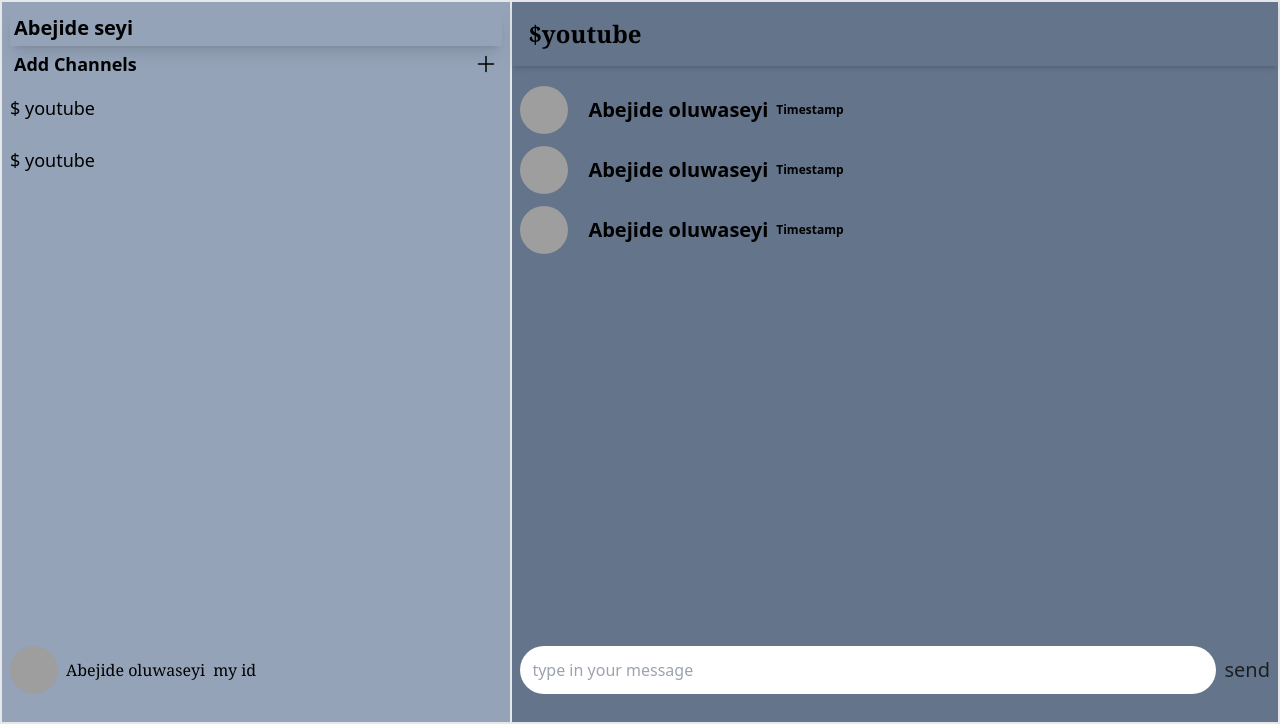
Repository: Semanmernstack/chat-mini
Page: /
The author's editor kept a copy of each file at every save. The page is drawn from the files as they stood at one save, then again after the next save.
The browser window is 1280 px wide. The pictures show the whole page.
Pictures or frames that could not be fetched are drawn as grey boxes. The project was rebuilt for these pictures with package versions that can differ from the ones it lists, and the page was loaded fresh each time. Also part of the build but not shown: src/features/counter/Counter.module.css, src/features/counter/Counter.js.

Above is the page before, as saved 2022-11-14 08:35:25.

### src/App.js
import React from 'react';
import logo from './logo.svg';
import { Counter } from './features/counter/Counter';
import Sidebar from './Sidebar';
import Body from './Body';


function App() {
  return (

    <div className="flex     max-w-screen-xl mx-auto border-2">


      <div className=" flex-[0.4] h-screen ">
        <Sidebar/>
      </div>
      <div className=" flex-[0.6] h-screen">
        <Body/>
      </div>
    </div>
  );
}

export default App;

### src/features/counter/counterSlice.js
import { createAsyncThunk, createSlice } from '@reduxjs/toolkit';
import { fetchCount } from './counterAPI';

const initialState = {
  value: 0,
  status: 'idle',
};

// The function below is called a thunk and allows us to perform async logic. It
// can be dispatched like a regular action: `dispatch(incrementAsync(10))`. This
// will call the thunk with the `dispatch` function as the first argument. Async
// code can then be executed and other actions can be dispatched. Thunks are
// typically used to make async requests.
export const incrementAsync = createAsyncThunk(
  'counter/fetchCount',
  async (amount) => {
    const response = await fetchCount(amount);
    // The value we return becomes the `fulfilled` action payload
    return response.data;
  }
);

export const counterSlice = createSlice({
  name: 'counter',
  initialState,
  // The `reducers` field lets us define reducers and generate associated actions
  reducers: {
    increment: (state) => {
      // Redux Toolkit allows us to write "mutating" logic in reducers. It
      // doesn't actually mutate the state because it uses the Immer library,
      // which detects changes to a "draft state" and produces a brand new
      // immutable state based off those changes
      state.value += 1;
    },
    decrement: (state) => {
      state.value -= 1;
    },
    // Use the PayloadAction type to declare the contents of `action.payload`
    incrementByAmount: (state, action) => {
      state.value += action.payload;
    },
  },
  // The `extraReducers` field lets the slice handle actions defined elsewhere,
  // including actions generated by createAsyncThunk or in other slices.
  extraReducers: (builder) => {
    builder
      .addCase(incrementAsync.pending, (state) => {
        state.status = 'loading';
      })
      .addCase(incrementAsync.fulfilled, (state, action) => {
        state.status = 'idle';
        state.value += action.payload;
      });
  },
});

export const { increment, decrement, incrementByAmount } = counterSlice.actions;

// The function below is called a selector and allows us to select a value from
// the state. Selectors can also be defined inline where they're used instead of
// in the slice file. For example: `useSelector((state: RootState) => state.counter.value)`
export const selectCount = (state) => state.counter.value;

// We can also write thunks by hand, which may contain both sync and async logic.
// Here's an example of conditionally dispatching actions based on current state.
export const incrementIfOdd = (amount) => (dispatch, getState) => {
  const currentValue = selectCount(getState());
  if (currentValue % 2 === 1) {
    dispatch(incrementByAmount(amount));
  }
};

export default counterSlice.reducer;

### src/Sidebar.js
import React from 'react'
import Sidebarlist from './app/Sidebarlist'

function Sidebar() {
  return (
    <div className="flex flex-col h-screen bg-slate-400  border-r-2 p-2 mb-4">
        <div className="flex-1"  >
        <div className="shadow-lg p-1 text-xl font-extrabold">
            <h1>Abejide seyi</h1>
        </div>
        <div  className="flex p-1   items-center justify-between">
           <h1 className="text-lg font-bold">Add Channels</h1>
           <svg xmlns="http://www.w3.org/2000/svg" fill="none" viewBox="0 0 24 24" strokeWidth={1.5} stroke="currentColor" className="w-6 h-6 cursor-pointer">
                <path strokeLinecap="round" strokeLinejoin="round" d="M12 4.5v15m7.5-7.5h-15" />
            </svg>
        </div>
        <div  >
        <Sidebarlist/>
        <Sidebarlist/>


        </div>


        </div>
        <div className=" flex items-center space-x-2 mb-5 font-serif">
            <img className="h-12 w-12 rounded-full"   src="https://cdn.pixabay.com/photo/2022/10/17/15/55/meditate-7528123__340.jpg" alt="img" />
            <h3>Abejide oluwaseyi</h3>
            <span>my id</span>
        </div>


    </div>
  )
}

export default Sidebar

### src/Body.js
import React from 'react'
import BodyHeader from './BodyHeader'
import Message from './Message'

function Body() {
  return (
    <div className="flex flex-col h-screen bg-slate-500  ">
        <div className="flex-1 ">
        <BodyHeader/>
        <div  >
            <Message/>
            <Message/>
            <Message/>
        </div>
        </div>
        <div className="mb-5">
        <form className=" flex p-2 space-x-2 ">
            <input className="flex-1 rounded-full w-[100%] outline-none p-3 border-none" type="text" placeholder='type in your message' />
            <button className="text-xl font-medium animate-pulse">send</button>
        </form>
        </div>
    </div>
  )
}

export default Body

### src/app/Sidebarlist.js
import React from 'react'

function Sidebarlist() {
  return (
    <div className="flex items-center justify-between">
        <h2 className="my-3 text-lg">
         $   <span>youtube</span>
        </h2>
    </div>
  )
}

export default Sidebarlist

### src/BodyHeader.js
import React from 'react'

function BodyHeader() {
  return (
    <div className=" shadow-md mb-5 text-2xl font-serif font-extrabold   p-4">


            <h1 >$youtube</h1>





    </div>
  )
}

export default BodyHeader

### src/Message.js
import React from 'react'

function Message() {
  return (
    <div className=" flex items-center mx-2 my-3  ">
            <img className="h-12 w-12 rounded-full"   src="https://cdn.pixabay.com/photo/2022/10/17/15/55/meditate-7528123__340.jpg" alt="img" />
            <h3 className="m-x-3 ml-5 font-sans flex items-center font-bold text-xl">Abejide oluwaseyi <span className="text-xs ml-2">Timestamp</span>  </h3>

        </div>
  )
}

export default Message

Loaded but not shown: public/index.html (common file); src/index.js (common file); src/app/store.js (common file); src/reportWebVitals.js (common file); src/index.css (common file); src/features/counter/counterAPI.js (common file); tailwind.config.js (common file)

After the next save:
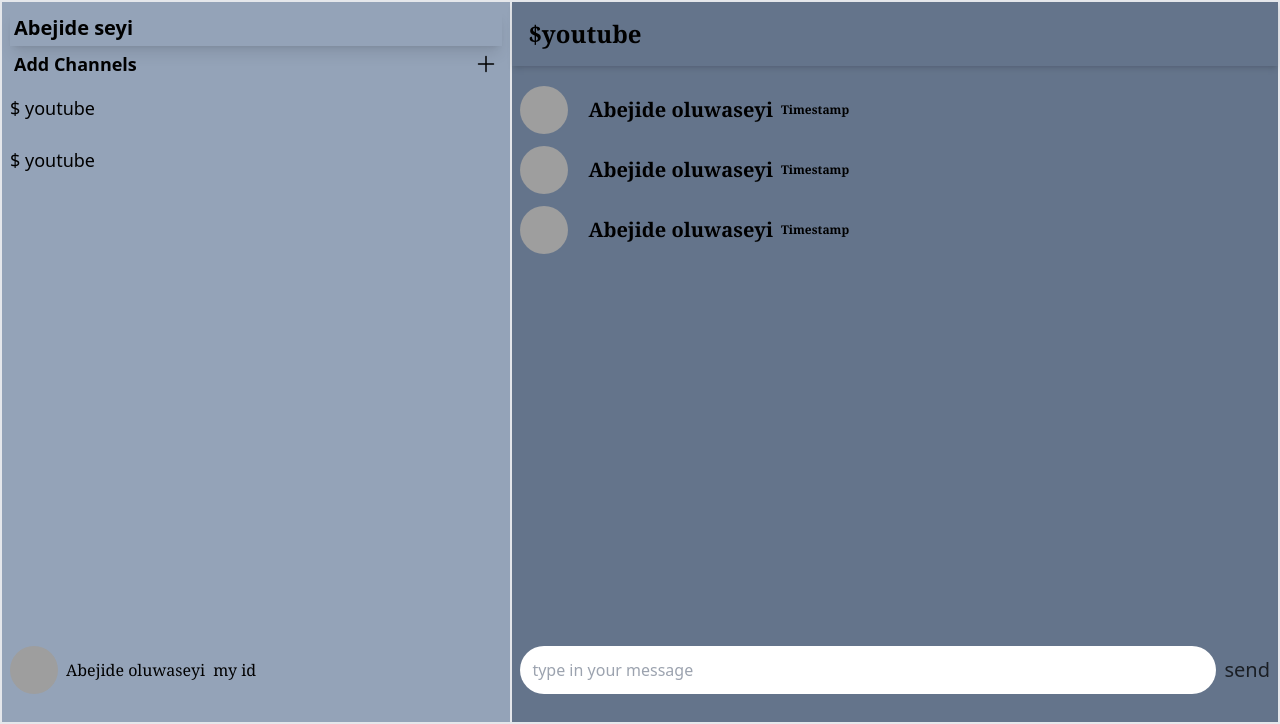
Saved 14 s later.
--- a/src/Message.js
+++ b/src/Message.js
@@ -4,7 +4,7 @@ function Message() {
   return (
     <div className=" flex items-center mx-2 my-3  ">
             <img className="h-12 w-12 rounded-full"   src="https://cdn.pixabay.com/photo/2022/10/17/15/55/meditate-7528123__340.jpg" alt="img" />
-            <h3 className="m-x-3 ml-5 font-sans flex items-center font-bold text-xl">Abejide oluwaseyi <span className="text-xs ml-2">Timestamp</span>  </h3>
+            <h3 className="m-x-3 ml-5 font-serif flex items-center font-bold text-xl">Abejide oluwaseyi <span className="text-xs ml-2">Timestamp</span>  </h3>
 
         </div>
   )
